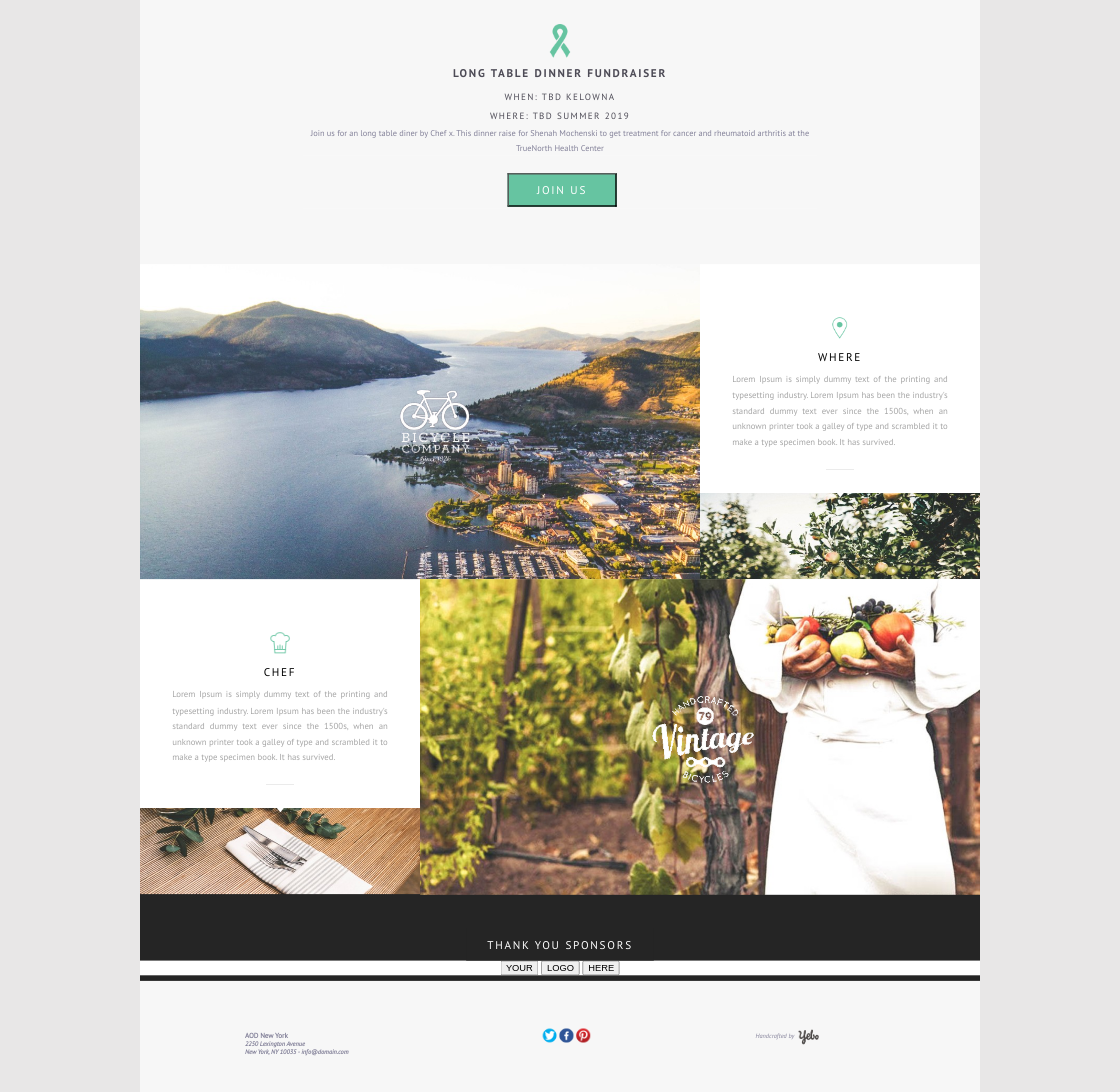
Repository: vancodes/longtable
Page: index.html
An editor plug-in stored every save of this project. The page is shown before and after the next save, followed by the edit.
The browser window is 1280 px wide. The page is 1600 px wide, so the pictures cover 1600 px, including what lies to the right of the window. The pictures show the part of the page from y = 796 to 2356 px (the page is 2356 px tall), at 70% of full size.

Above is the page before, as saved 2019-04-08 15:55:05.

### index.html
<!DOCTYPE html>
<html>

<head>
  <meta charset="utf-8">
  <link href="index.css" type="text/css" rel="stylesheet">
  <title>Long table</title>
</head>

<body>
  <div class="wrapper">
    <!--Intro Section-->
    <div class="topbar">
      <h1>
      <ul>
        <li><a href="#">About Us</a></li>
    	   <p>.</p>
        <li><a href="#">Info</a></li>
        <li><a href="#"><img src="assets\logo.png" alt="logo"></a></li>
        <li><a href="https://www.gofundme.com/breast-lung-and-melanoma-cancer">Donate</a></li>
    	   <p>.</p>
        <li><a href="#">Contact</a></li>
      </ul>
    </h1>
    </div>
    <div class="hero">
      <img src="assets/cover.jpg" alt="">
    </div>
    <!--Navigation Section-->
    <div class="main" align="center">
      <div class="first">
        <img src="assets\breast-cancer-icon.png" alt="bike chain">
        <h2>Long table dinner fundraiser</h2>
        <h4>When: TBD Kelowna</h4>
        <h4>Where: TBD Summer 2019</h4>
        <p>Join us for an long table diner by Chef x. This dinner raise for Shenah Mochenski to get treatment for cancer and rheumatoid arthritis at the TrueNorth Health Center</p>
        <div class="email-container">
            <button>Join us</button>
          </div>
      </div>
      <!--Image Section-->
      <div class="bike-images">
        <div class="first-container">
          <div class="first-left">
            <div id="bike-logo">
              <img src="assets/bike.png" alt="bike logo">
            </div>
            <div id="logo">
              <img src="assets/bicycle-company-logo.png" alt="company logo">
            </div>
            <div id="vintage-left">
              <img src="assets\bike-1.jpg" alt="bike handle">
            </div>
          </div>
          <div class="first-right">
            <div class="location">
              <img src="assets\location-icon.png" alt="frame icon">
            </div>
            <div id="vintage-text">
              <h3>WHERE</h3>
              <p>Lorem Ipsum is simply dummy text of the printing and typesetting industry. Lorem Ipsum has been the industry's standard dummy text ever since the 1500s, when an unknown printer took a galley of type and scrambled it to make a type specimen
                book. It has survived.</p>
            </div>
            <div class="divider-line"></div>
            <div id="first-vintage-seat">
              <img img src="assets\seat.jpg" alt="bike seat">
            </div>
            <div class="arrow-down"></div>
          </div>
        </div>
        <div class="second-container">
          <div class="second-left">
            <div class="chef">
              <img src="assets\chef-icon.png" alt="chef icon">
            </div>
            <div id="vintage-text">
              <h3>CHEF</h3>
              <p>Lorem Ipsum is simply dummy text of the printing and typesetting industry. Lorem Ipsum has been the industry's standard dummy text ever since the 1500s, when an unknown printer took a galley of type and scrambled it to make a type specimen
                book. It has survived.</p>
            </div>
            <div class="divider-line"></div>
            <div id="second-chef">
              <img src="assets\chef-2.jpg" alt="vintage bike seat">
            </div>
            <div class="arrow-down"></div>
          </div>
          <div class="second-right">
            <div id="vintage-logo">
              <img src="assets\vintage-logo.png" alt="vintage bike logo">
            </div>
            <div id="chef">
              <img src="assets\chef.jpg" alt="chef">
            </div>
          </div>
        </div>
        <!--<div class="retro-container">
          <div class="retro-left">
            <div id="retro-logo">
              <img src="assets/bicycle-logo.png" alt="Since 1962 logo">
            </div>
            <div id="retro-bike">
              <img src="assets\bike-rail.jpg" alt="bike rail">
            </div>
          </div>
          <div class="retro-middle">
            <div class="steering">
              <img src="assets\steering-icon.png" alt="steering icon">
            </div>
            <div id="vintage-text">
              <h3>Retro Bike - M. Hulot</h3>
              <p>Lorem Ipsum is simply dummy text of the printing and typesetting industry. Lorem Ipsum has been the industry's standard dummy text ever since the 1500s, when an unknown printer took a galley of type and scrambled it to make a type specimen
                book. It has survived.</p>
            </div>
            <div class="divider-line"></div>
            <div class="arrow-down"></div>
            <div id="retro-rail">
              <img src="assets\mavic.jpg" alt="vintage bike seat">
            </div>
          </div>
          <div class="retro-right">
            <div id="retro-bike-right">
              <img src="assets\bike-2.jpg" alt="retro bike">
            </div>
          </div>
        </div>
      </div>-->
      <!--Social Section-->
      <!--<div class="main" align="center">
        <div class="last">
          <img src="assets\twitter-icon.png" alt="Twitter icon"><br>
          <span>AOD New York @aod</span>
          <span class="twitter-time"> / 35 min</span >
            <p>Lorem ipsum dolor sit amet, consectetur adipiscing elit. Sed ut tellus ac nulla semper rhoncus. Nullam a odio porttitor, dictum turpis vitae, pretium ante amet.</p>
          </div>
      </div>-->
<!--slider-->
    <!--<div class="slider">
      <span class="dotfirst"></span>
          <span class="dot"></span>
          <span class="dot"></span>
        </div>-->
        <!--Photo Collage-->
        <!--
        <div class="bottom-container">
          <div class="bottom-left">
            <div id="image-one">
              <img src="assets\bottom-image-1.jpg" alt="">
            </div>
            <div id="image-one">
              <img src="assets\bottom-image-2.jpg" alt="">
            </div>
            <div id="brooks-seat">
              <img src="assets\brooks-seat.png" alt="">
            </div>
          </div>
          <div class="bottom-middle">
            <div id="image-three">
              <img src="assets\bottom-image-3.jpg" alt="">
            </div>
            <div id="image-three">
              <img src="assets\bottom-image-4.jpg" alt="">
            </div>
          </div>
          <div class="bottom-right">
            <div id="bottom-bike-logo">
              <img src="assets/bike.png" alt="bike logo">
            </div>
            <div class="bottom-text">
              <p>shop now</p>
            </div>
            <div id="image-five">
              <img src="assets\bottom-image-5.jpg" alt="">
            </div>
            <div id="image-five">
              <img src="assets\bottom-image-6.jpg" alt="">
            </div>
          </div>
        </div> -->
        <div class="discover-container">
          <div class="discover-text">
            <button>Thank You Sponsors</button>
          </div>
          <div class="sponsor-logo">
            <button>YOUR</button>
            <button>LOGO</button>
            <button>HERE</button>
          </div>
      </div>
        </div>
      </div>
      <div class="main" align="center">
        <div class="footer-container">
          <div class="footer-left">
            <span>AOD New York</span>
            <span class="footer-text">
      <p>2250 Lexington Avenue</p>
      <p>New York, NY 10035 - info@domain.com</p>
      </span >
      </div>
      <div class="footer-middle">
        <img src="assets\twitter.png" alt="twitter icon">
        <img src="assets\facebook.png" alt="facebook icon">
        <img src="assets\pinterest.png" alt="pinterest icon">
      </div>
      <div class="footer-right">
        <span class="footer-right-text">
          <p>Handcrafted by</p>
        </span>
            <img src="assets\yebo-logo.png" alt="yebo logo">
          </div>
        </div>
      </div>
      <!--end-->
    </div>
</body>
</html>

### index.css
/* http://meyerweb.com/eric/tools/css/reset/
   v2.0 | 20110126
   License: none (public domain)
*/

html, body, div, span, applet, object, iframe, h1, h2, h3, h4, h5, h6, p, blockquote, pre, a, abbr, acronym, address, big, cite, code, del, dfn, em, img, ins, kbd, q, s, samp, small, strike, strong, sub, sup, tt, var, b, u, i, center, dl, dt, dd, ol, ul, li, fieldset, form, label, legend, table, caption, tbody, tfoot, thead, tr, th, td, article, aside, canvas, details, embed, figure, figcaption, footer, header, hgroup, menu, nav, output, ruby, section, summary, time, mark, audio, video {
  margin: 0;
  padding: 0;
  border: 0;
  font-size: 100%;
  font: inherit;
  vertical-align: baseline;
}

/* HTML5 display-role reset for older browsers */

article, aside, details, figcaption, figure, footer, header, hgroup, menu, nav, section {
  display: block;
}

body {
  line-height: 1;
}

ol, ul {
  list-style: none;
}

blockquote, q {
  quotes: none;
}

blockquote:before, blockquote:after, q:before, q:after {
  content: '';
  content: none;
}

table {
  border-collapse: collapse;
  border-spacing: 0;
}

/*  fonts */

@font-face {
  font-family: PtSansWebBold;
  src: url(font/pt_sans-web-bold.ttf);
}

@font-face {
  font-family: PtSansWebBoldItalic;
  src: url(font/pt_sans-web-bolditalic.ttf);
}

@font-face {
  font-family: PtSansWebItalic;
  src: url(font/pt_sans-web-italic.ttf);
}

@font-face {
  font-family: PtSansWebRegular;
  src: url(font/pt_sans-web-regular.ttf);
}

body {
  font-family: PtSansWebRegular;
}

h1 {
  font-family: PtSansWebBold;
  font-size: 12px;
  text-transform: uppercase;
  letter-spacing: 2px;
}

h2 {
  font-family: PtSansWebBold;
  letter-spacing: 2.5px;
  text-transform: uppercase;
  text-align: center;
  line-height: 2.5em;
}

h3 {
  font-family: PtSansWebBold;
  letter-spacing: 2.5px;
  text-transform: uppercase;
  text-align: center;
  font-size: 12px;
  line-height: 2.5em;
}

h3 {
  font-family: PtSansWebRegular;
  letter-spacing: 2.5px;
  text-transform: uppercase;
  text-align: center;
  line-height: 2.5em;
  font-size: 16px;
}

h4 {
  font-family: PtSansWebRegular;
  font-size: 13px;
  text-transform: uppercase;
  letter-spacing: 2px;
  line-height: 2.1em;
}


p {
  font-family: PtSansWebRegular;
  font-size: 12px;
  color: #838199;
  text-align: center;
  line-height: 1.8em;
}

.bike-images p {
  font-family: PtSansWebRegular;
  font-size: 12.5px;
  color: #a5a5a5;
  text-align: justify;
  line-height: 1.8em;
}

.last span {
  font-family: PtSansWebBold;
  display: inline;
  font-size: 12px;
  text-align: center;
  line-height: 2.8em;
  letter-spacing: 1.5px;
}

.last .twitter-time {
  font-family: PtSansWebRegular;
  font-size: 12px;
  text-align: center;
  letter-spacing: 1.5px;
  color: #b2b1bd;
  padding-left: 6px;
}

.last p {
  font-family: PtSansWebItalic;
  font-size: 14px;
  color: #838199;
  text-align: center;
  line-height: 1.8em;
  padding: 0 55px;
}

.bottom-text p {
  font-family: PtSansWebRegular;
  letter-spacing: 2.5px;
  text-transform: uppercase;
  text-align: center;
  line-height: 2.5em;
  font-size: 12px;
  color: #fff;
}

.saddle-text p {
  font-family: PtSansWebItalic;
  font-size: 16px;
  text-align: center;
  letter-spacing: 0.5px;
  color: #838199;
  padding-left: 6px;
  margin-bottom: 20px;
}

/*  wrapper */

.wrapper {
  padding: 0 200px;
  width: 1200px;
  margin: 0 auto;
  background-color: #e8e7e7;
}

/* intro section */

.hero img {
  width: 100%;
}

.topbar {
  position: absolute;
  padding: 0px 317px;
  margin-top: 23px;
}

.topbar ul {
  width: 590px;
  margin: 0 auto;
}

.topbar li {
  display: inline-block;
  padding: 0 20px;
  float: left;
  position: relative;
  top: 52px;
  transform: translateY(-50%);
}

.topbar li a {
  text-decoration: none;
  color: #4D4B56;
}

.topbar li a img {
  width: 75px;
}

.hero img {
  vertical-align: bottom;
  width: 100%;
  padding-top: 150px;
  background-color: #F7F7F7
}

.topbar li a:hover {
  text-decoration: none;
  color: #ff000069;
}

.topbar p {
  padding: 0 20px;
  float: left;
  position: relative;
  top: 52px;
  transform: translateY(-50%);
  font-family: PtSansWebBold;
}

/* navigation section */

.main {
  background-color: #F7F7F7
}

.first {
  color: #4D4B56;
  padding: 80px 150px 80px 150px;
  max-width: 736px;
}

.first img {
  padding: 0px 46px;
}

/* bike images */

img {
  padding: 0;
  margin: 0;
}

.bike-images {
  background-color: #FFFF;
  position: relative;
}

.first-container {
  vertical-align: bottom;
  display: table;
}

.first-left {
  width: 800px;
  display: table-cell;
  vertical-align: bottom;
}

.first-right {
  display: table-cell;
  vertical-align: bottom;
  width: 400px;
}

#first-vintage-seat img {
  width: 400px;
  height: 123px;
  float: left;
}

#bike-logo img {
  width: 100px;
  position: absolute;
  margin-top: 179px;
  transform: translatex(-29%);
}

#logo img {
  width: 100px;
  position: absolute;
  margin-top: 240px;
  transform: translateX(-26%);
}

#vintage-left img {
  float: left;
  margin: auto;
  width: 800px;
}

.location img {
  width: 30px;
  margin-bottom: 5px;
}

#vintage-text {
  height: 162px;
  margin-bottom: 18px;
  overflow: hidden;
}

#vintage-text p {
  padding: 0px 46px;
}

.divider-line {
  height: 1px;
  background-color: #e2e2e2;
  margin: 0px 180px 33px;
}

.arrow-down {
  width: 0px;
  height: 0px;
  border-left: 5px solid transparent;
  border-right: 5px solid transparent;
  border-top: 6px solid #FFFF;
  position: absolute;
  transform: translateX(1955%);
}

.second-container {
  vertical-align: bottom;
  display: table;
}

#second-chef img {
  width: 400px;
  height: 123px;
  float: left;
  margin-bottom: -1.6px;
}

.second-left {
  width: 333px;
  display: table-cell;
  vertical-align: bottom;
}

.chef img {
  width: 30px;
  margin-bottom: 5px;
}

#chef img {
  float: right;
  width: 800px;
  vertical-align: bottom;
  margin-bottom: -2px;
}

.second-right {
  display: table-cell;
  vertical-align: bottom;
  width: 656px;
}

#vintage-logo img {
  width: 145px;
  position: absolute;
  margin-top: 167px;
  transform: translateX(-47%);
}

.retro-container {
  vertical-align: bottom;
  display: table;
}

.retro-left {
  display: table-cell;
  vertical-align: bottom;
  width: 333px;
}

.retro-middle {
  width: 400px;
  display: table-cell;
  vertical-align: bottom;
}

.retro-right {
  display: table-cell;
  vertical-align: bottom;
  width: 400px;
}

#retro-logo img {
  width: 160px;
  position: absolute;
  margin-top: 197px;
  transform: translateX(-50%);
}

#retro-bike img {
  float: right;
  width: 400px;
  vertical-align: bottom;
}

#retro-bike-right img {
  float: right;
  width: 400px;
  vertical-align: bottom;
}

.steering img {
  height: 30px;
  margin-bottom: 5px;
}

#retro-rail img {
  width: 400px;
  height: 123px;
  vertical-align: bottom;
}

.bottom-container {
  vertical-align: bottom;
  display: table;
  margin-top: 14px;
}

.bottom-left {
  display: table-cell;
  vertical-align: bottom;
  width: 400px;
}

.bottom-middle {
  display: table-cell;
  vertical-align: bottom;
  width: 400px;
}

.bottom-right {
  display: table-cell;
  vertical-align: bottom;
  width: 400px;
}

#image-one img {
  float: left;
  width: 200px;
  vertical-align: bottom;
  max-height: 199px;
}

#brooks-seat img {
  float: left;
  width: 400px;
  vertical-align: bottom;
}

#image-three img {
  float: left;
  width: 200px;
  vertical-align: bottom;
}

#image-five img {
  float: left;
  width: 400px;
  vertical-align: bottom;
  margin-top: -1px;
}

#bottom-bike-logo img {
  width: 50px;
  position: absolute;
  margin-top: 79px;
  transform: translatex(-57%);
}

.bottom-text {
  position: absolute;
  padding: 0px -4px;
  margin-top: 108px;
  width: 400px;
}

/* twitter-last section */

.last {
  padding: 80px 150px 50px 150px;
  max-width: 736px;
}

.last img {
  width: 25px;
  padding-bottom: 15px;
}

.noBorder {
  border: 0;
}

/* slider */

.dotfirst {
  width: 0.50rem;
  height: 0.50rem;
  background-color: #ADB2B6;
  border-radius: 50%;
  display: inline-block;
}

.dot {
  width: 0.40rem;
  height: 0.40rem;
  border-radius: #ADB2B6;
  background-color: #FFF;
  border-radius: 50%;
  border: 1px solid #ADB2B6;
  display: inline-block;
  -moz-border-radius: 50%;
  -webkit-border-radius: 50
}

.slider {
  color: #4D4B56;
  padding: 0px 0px 30px 0px;
  max-width: 736px;
}

/* last section */

.discover-container {
  background-color: #252525;
  height: 75px;
  padding-top: 50px;
}

.discover-text button {
  border: none;
  padding: 3px 30px;
  margin: 0 450px;
  font-family: PtSansWebRegular;
  letter-spacing: 2.5px;
  text-transform: uppercase;
  text-align: center;
  line-height: 2.5em;
  font-size: 16px;
  color: #fff;
  background-color: #252525;
}

.sponsor-logo {
  background-color: #fff;
  color: #252525;
  box-shadow: none;
  transform: none;
  transition: 0.1s ease-in-out;
}

.discover-text button {
  border: none;
  padding: 3px 30px;
  margin: 0 450px;
  font-family: PtSansWebRegular;
  letter-spacing: 2.5px;
  text-transform: uppercase;
  text-align: center;
  line-height: 2.5em;
  font-size: 16px;
  color: #fff;
  background-color: #252525;
}

.email-container {
  background-color: #f7f7f7;
  padding: 25px 150px 50px 0px;
}

.email-container img {
  width: 65px;
  padding: 10px 420px;
}

input {
  border: 1px solid #e8e7e7;
  padding: 5px 30px;
  margin: 3px 255px;
  position: absolute;
  padding: 9px 109px 9px 20px;
  font-family: PtSansWebItalic;
  font-size: 14px;
  color: #e8e7e7;
  text-align: center;
  line-height: 1.8em;
  text-align: left;
}

.email-container button {
  margin: 0px;
  position: absolute;
  background-color: #66c4a1;
  padding: 2px 40px;
  font-family: PtSansWebRegular;
  letter-spacing: 2.5px;
  text-transform: uppercase;
  text-align: center;
  line-height: 2.5em;
  font-size: 16px;
  color: #fff;
}

.email-container button:hover {
  background-color: #fff;
  color: #66c4a1;
  box-shadow: none;
  transform: none;
  transition: 0.1s ease-in-out;
}

.footer-container {
  background-color: #f7f7f7;
  padding: 50px 150px;
  display: table
}

.footer-left {
  display: table-cell;
  width: 400px;
  text-align: left;
}

.footer-left span {
  font-size: 10px;
  color: #838199;
  font-weight: bold;
}

.footer-text p {
  font-family: PtSansWebItalic;
  font-size: 9px;
  color: #838199;
  line-height: 1.4em;
  text-align: left;
}

.footer-middle {
  display: table-cell;
  width: 400px;
  transform: translateX(33%);
  vertical-align: middle;
}

.footer-middle img {
  width: 20px;
}

.footer-right {
  width: 400px;
}

.footer-right-text p {
  font-family: PtSansWebItalic;
  font-size: 9px;
  color: #838199;
  line-height: 1.4em;
  margin-top: 23px;
  width: 60px;
  transform: translateX(95%);
}

.footer-right img {
  width: 30px;
  transform: translateX(300%);
  padding-top: 0px;
  margin-top: -16px;
  position: absolute;
}

After the next save:
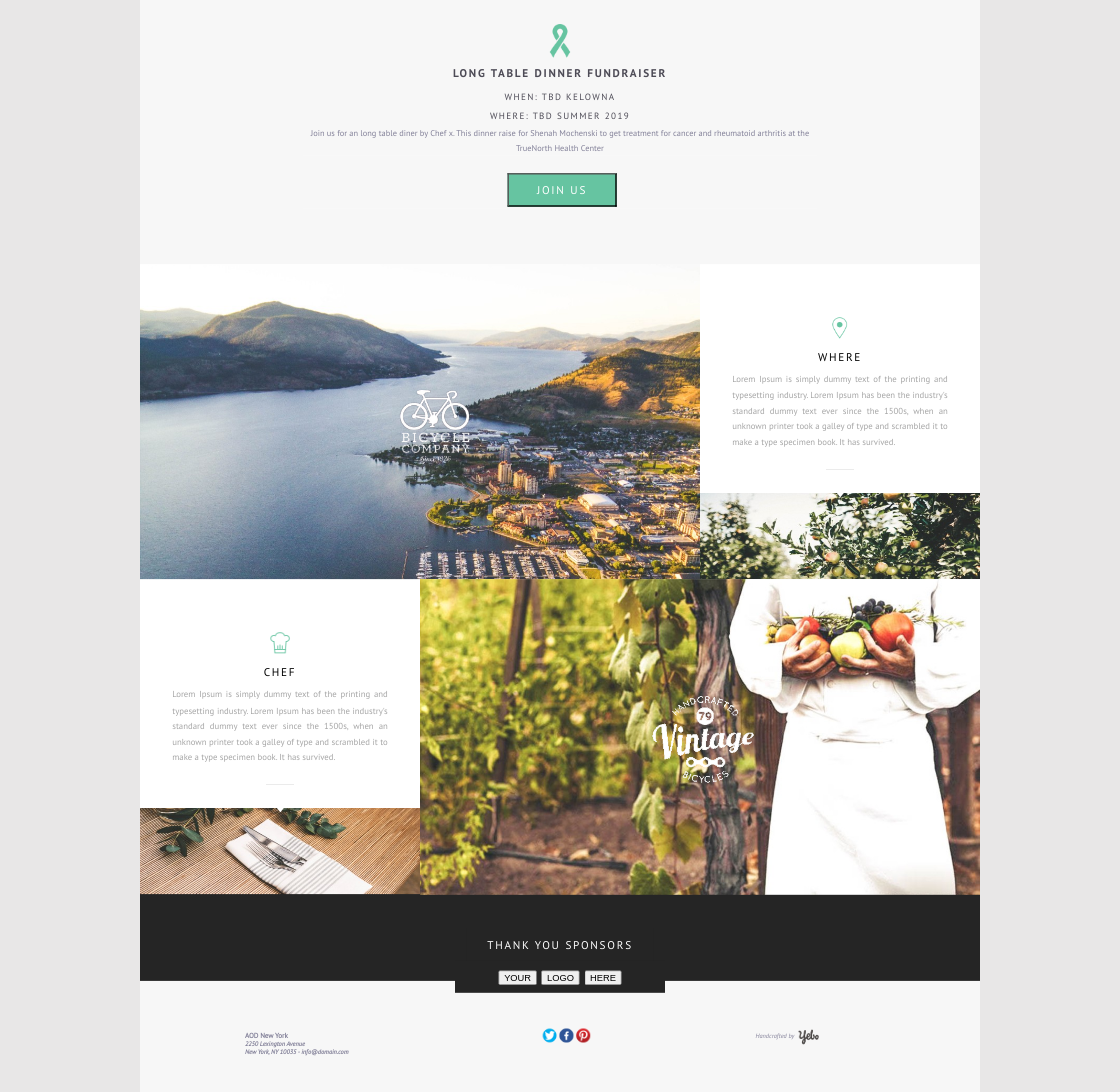
Saved 8 s later.
--- a/index.css
+++ b/index.css
@@ -565,11 +565,17 @@ img {
 }
 
 .sponsor-logo {
-  background-color: #fff;
-  color: #252525;
-  box-shadow: none;
-  transform: none;
-  transition: 0.1s ease-in-out;
+  border: none;
+  padding: 3px 30px;
+  margin: 0 450px;
+  font-family: PtSansWebRegular;
+  letter-spacing: 2.5px;
+  text-transform: uppercase;
+  text-align: center;
+  line-height: 2.5em;
+  font-size: 16px;
+  color: #fff;
+  background-color: #252525;
 }
 
 .discover-text button {
